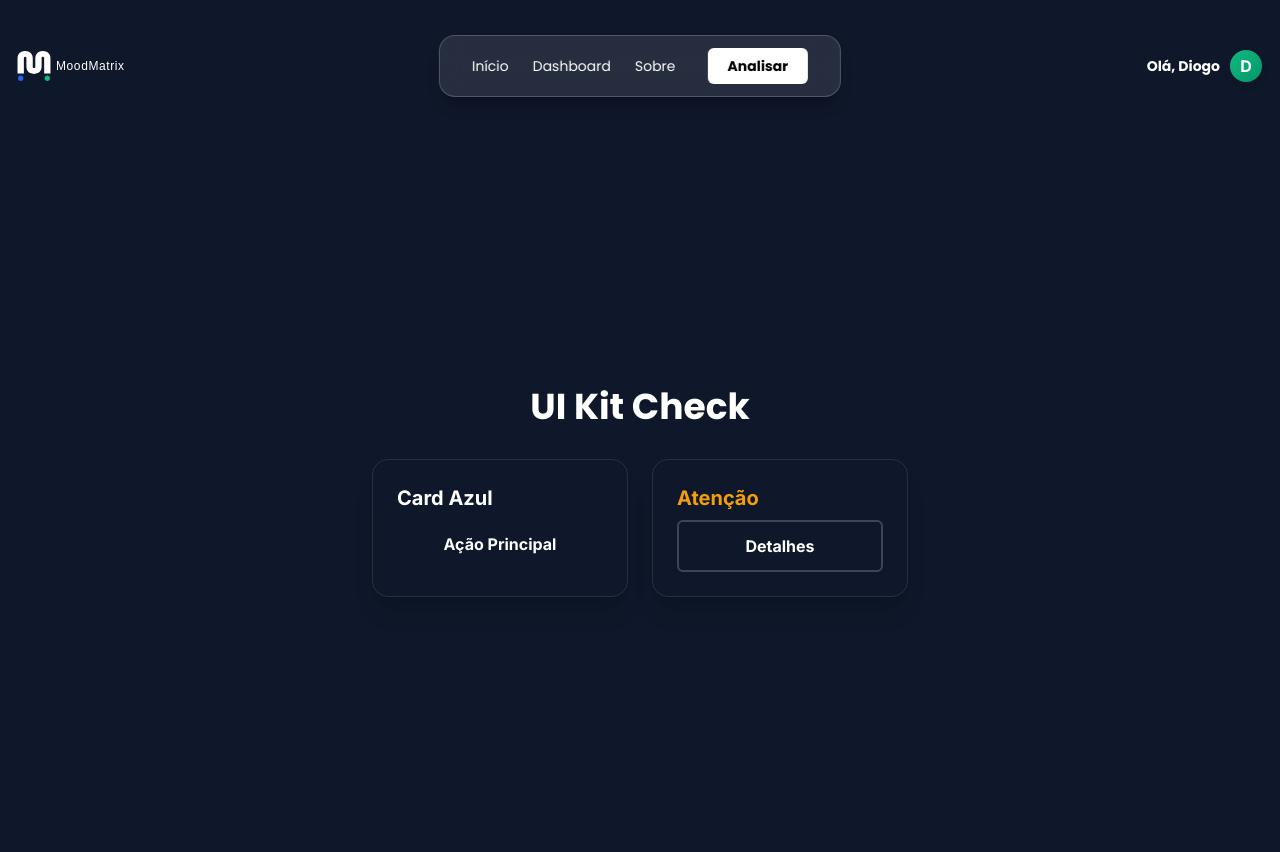
Repository: Hackaton-ONE/hackathon-Frontend
Page: /
The author's editor kept a copy of each file at every save. The page is drawn from the files as they stood at one save, then again after the next save.
The browser window is 1280 px wide. The pictures show the whole page.
Some web fonts or font styles are not loaded; a fallback is used. The project was rebuilt for these pictures with package versions that can differ from the ones it lists, and the page was loaded fresh each time. The framework's server and built-in components were replaced by stand-ins that run in the browser. Also part of the build but not shown: next.config.ts.

Above is the page before, as saved 2026-01-02 08:59:04.

### app/layout.tsx
import type { Metadata } from "next";
import { Inter, Poppins, MuseoModerno } from "next/font/google"; // 1. Importar Poppins
import "./globals.css";
import { Navbar } from "@/components/Navbar";

// 2. Configurar Inter
const inter = Inter({
  subsets: ["latin"],
  variable: "--font-inter",
});

// 3. Configurar Poppins (Pesos comuns: 400, 600, 700)
const poppins = Poppins({
  weight: ['400', '600', '700'],
  subsets: ["latin"],
  variable: "--font-poppins",
});

const museo = MuseoModerno({
  subsets: ["latin"],
  variable: "--font-museo",
  display: "swap",
});

export const metadata: Metadata = {
  title: "MoodMatrix",
  description: "Análise de sentimentos com IA",
};

export default function RootLayout({
  children,
}: Readonly<{

  children: React.ReactNode;
}>) {
  return (
    <html lang="pt-br">
      {/* 4. Adicionar ambas as variáveis no body */}
      <body className={`${inter.variable} ${poppins.variable} ${museo.variable} bg-mood-dark text-white font-sans antialiased`}>
        <Navbar />
        {children}
      </body>
    </html>
  );
}

### app/page.tsx
import { Button } from "@/components/Button";
import { GlassCard } from "@/components/GlassCard";

export default function Home() {
  return (
    <main className="flex min-h-screen flex-col items-center justify-center p-10 gap-8 bg-mood-dark">

      <h1 className="text-4xl font-poppins font-bold text-white bg-clip-text bg-gradient-to-r from-blue-DEFAULT to-neon-green">
        UI Kit Check
      </h1>

      <div className="grid grid-cols-1 md:grid-cols-2 gap-6">
        {/* Teste Card Azul */}
        <GlassCard gradient="blue" className="p-6 w-64 border-blue-DEFAULT/30">
          <h2 className="text-xl font-bold mb-2">Card Azul</h2>
          <Button variant="primary" className="w-full">Ação Principal</Button>
        </GlassCard>

        {/* Teste Card Laranja (Aviso) */}
        <GlassCard gradient="orange" className="p-6 w-64 border-neon-orange/30">
          <h2 className="text-xl font-bold mb-2 text-neon-orange">Atenção</h2>
          <Button variant="outline" className="w-full">Detalhes</Button>
        </GlassCard>
      </div>

    </main>
  );
}

### app/globals.css
@tailwind base;
@tailwind components;
@tailwind utilities;

/* Define o fundo padrão do site inteiro e a cor do texto */
body {
  background-color: #0F172A; /* mood.dark */
  color: #ffffff;
  min-height: 100vh;
}

/* Utilitário para o efeito de Vidro (Glassmorphism) */
.glass {
  background: rgba(30, 41, 59, 0.4); /* mood.gray com transparência */
  backdrop-filter: blur(12px);
  -webkit-backdrop-filter: blur(12px);
  border: 1px solid rgba(255, 255, 255, 0.1);
}

### components/Navbar.tsx
"use client";

import Link from "next/link";
import { useState } from "react";
import { Menu, X } from "lucide-react";
import Image from "next/image";

// Componente NavLink (Link com sublinhado azul)
const NavLink = ({ href, children }: { href: string; children: React.ReactNode }) => (
  <Link
    href={href}
    className="relative group text-white transition-colors font-medium text-sm"
  >
    {children}
    <span className="absolute -bottom-1 left-0 w-0 h-[2px] bg-blue-default transition-all duration-300 ease-out group-hover:w-full" />
  </Link>
);

export function Navbar() {
  const [isOpen, setIsOpen] = useState(false);

  return (
    // Container Principal (Largura Total)
    <div className="relative top-0 left-0 w-full z-50 px-4 py-12">
      <div className="max-w-[1600px] mx-auto relative flex items-center justify-between">

        {/* =======================
            1. LOGO (Lado Esquerdo)
           ======================= */}
        <Link href="/" className="flex items-center gap-1 z-50 group">
          <div className="relative w-8 h-8 lg:w-9 lg:h-9 flex items-center justify-center">
            <Image
            src="/logo.svg"
            alt="Logo MoodMatrix"
            fill
            className="object-contain"
            />
          </div>

          {/* Texto com a fonte MuseoModerno */}
          <span className="text-white font-medium text-xs font-museo tracking-wider">
          Mood<span>Matrix</span>
          </span>
        </Link>

        {/* =======================
            2. PÍLULA CENTRAL (Links + Botão Analisar)
            (Escondido no Mobile, Absoluto no Centro no Desktop)
           ======================= */}
        <nav className="hidden md:flex absolute left-1/2 -translate-x-1/2 items-center gap-8 pl-8 pr-8 py-3 rounded-2xl bg-white/10 backdrop-blur-md border border-white/20 shadow-lg shadow-black/20">

          {/* Links */}
          <div className="flex items-center gap-6 font-poppins font-bold">
            <NavLink href="/">Início</NavLink>
            <NavLink href="/dashboard">Dashboard</NavLink>
            <NavLink href="#sobre">Sobre</NavLink>
          </div>

          {/* Botão Analisar (Dentro da Pílula) */}
          <Link href="/analisar">
            <button className="bg-white hover:bg-neon-orange text-black font-poppins font-bold text-sm px-5 py-2 rounded-md transition-all duration-200">
              Analisar
            </button>
          </Link>
        </nav>

        {/* =======================
            3. AVATAR / MENU TOGGLE (Lado Direito)
           ======================= */}
        <div className="flex items-center gap-4 z-50">

          {/* Avatar (Visível apenas Desktop) */}
          <div className="hidden md:flex items-center gap-2 pl-4">
            <div className="text-right hidden lg:block">
              <p className="font-poppins text-sm font-bold text-white">Olá, Diogo</p>
            </div>
            <div className="w-9 h-9 rounded-full bg-gradient-to-br from-neon-green to-emerald-600 flex items-center justify-center text-white font-bold border-2 border-mood-dark shadow-md">
              D
            </div>
          </div>

          {/* Botão Menu Hambúrguer (Apenas Mobile) */}
          <button
            onClick={() => setIsOpen(!isOpen)}
            className="md:hidden text-white hover:text-neon-blue transition p-1"
          >
            {isOpen ? <X size={28} /> : <Menu size={28} />}
          </button>
        </div>

      </div>

      {/* =======================
          4. MENU MOBILE DROPDOWN
          (Estilo Escuro da Referência)
         ======================= */}
      {isOpen && (
        <div className="absolute top-20 left-4 right-4 z-40 bg-mood-dark/95 backdrop-blur-xl border border-white/10 rounded-2xl p-4 shadow-2xl animate-in fade-in slide-in-from-top-5">

          <div className="flex flex-col space-y-1">
            <Link href="/" onClick={() => setIsOpen(false)} className="block px-4 py-3 text-white/90 hover:text-white hover:bg-white/10 rounded-lg transition-colors text-sm font-medium">
              Início
            </Link>
            <Link href="/dashboard" onClick={() => setIsOpen(false)} className="block px-4 py-3 text-white/90 hover:text-white hover:bg-white/10 rounded-lg transition-colors text-sm font-medium">
              Dashboard
            </Link>
            <Link href="#sobre" onClick={() => setIsOpen(false)} className="block px-4 py-3 text-white/90 hover:text-white hover:bg-white/10 rounded-lg transition-colors text-sm font-medium">
              Sobre
            </Link>
          </div>

          {/* Divisória */}
          <div className="my-3 border-t border-white/10" />

          {/* Botão Analisar Mobile */}
          <Link href="/analisar" onClick={() => setIsOpen(false)}>
            <button className="w-full bg-white/10 hover:bg-white/20 text-white border border-white/20 font-medium text-sm py-3 rounded-lg transition-all duration-200">
              Analisar
            </button>
          </Link>

          {/* Perfil Mobile */}
          <div className="mt-4 pt-4 border-t border-white/10 flex items-center gap-3">
            <div className="w-8 h-8 rounded-full bg-gradient-to-br from-neon-green to-emerald-600 flex items-center justify-center text-white font-bold text-xs">
              D
            </div>
            <div>
              <p className="text-sm font-bold text-white">Diego</p>
              <p className="text-xs text-gray-400">diego@exemplo.com</p>
            </div>
          </div>

        </div>
      )}
    </div>
  );
}

### components/Button.tsx
import React from "react";

interface ButtonProps extends React.ButtonHTMLAttributes<HTMLButtonElement> {
  variant?: "primary" | "outline" | "ghost";
  children: React.ReactNode;
}

export function Button({ variant = "primary", className = "", children, ...props }: ButtonProps) {

  const baseStyles = "px-6 py-3 rounded-md font-bold transition-all duration-200 flex items-center justify-center gap-2 active:scale-[0.98]";

  const variants = {
    primary: "text-white active:translate-y-1",

    // Outline (Borda simples)
    outline: "bg-transparent border-2 border-white/20 text-white hover:bg-white/5 hover:border-white/40",

    // Ghost (Transparente)
    ghost:   "bg-transparent text-gray-400 hover:text-white hover:bg-white/5",
  };

  return (
    <button
      className={`${baseStyles} ${variants[variant]} ${className}`}
      {...props}
    >
      {children}
    </button>
  );
}

### components/GlassCard.tsx
import React from "react";

interface GlassCardProps {
  children: React.ReactNode;
  className?: string;
  gradient?: "blue" | "green" | "red" | "orange" | "none";
}

export function GlassCard({ children, className = "", gradient = "none" }: GlassCardProps) {

  const gradientBg = {
    none: "bg-white/5", // Base neutra mais sutil
    blue: "bg-card-blue",
    green: "bg-card-green",
    red: "bg-card-red",
    orange: "bg-card-orange",
  };

  return (
    <div className={`relative overflow-hidden rounded-2xl border border-white/10 shadow-xl ${className}`}>
      {/* CAMADA DO VIDRO (Fundo + Blur)
        Fica posicionada absolutamente atrás do conteúdo.
      */}
      <div
        className={`
          absolute inset-0
          backdrop-blur-xl
          ${gradientBg[gradient]}
          -z-10 /* Garante que fique atrás do conteúdo */
        `}
        aria-hidden="true"
      />

      {/* CONTEÚDO (Texto, Botões)
        Fica na frente, sem nenhum blur aplicado diretamente nele.
      */}
      <div className="relative z-10 h-full">
        {children}
      </div>
    </div>
  );
}

### tailwind.config.ts
/** @type {import('tailwindcss').Config} */
const config = {
  // Configuração de onde o Tailwind procura as classes
  content: [
    "./app/**/*.{js,ts,jsx,tsx,mdx}",
    "./pages/**/*.{js,ts,jsx,tsx,mdx}",
    "./components/**/*.{js,ts,jsx,tsx,mdx}",
    "./src/app/**/*.{js,ts,jsx,tsx,mdx}",
    "./src/pages/**/*.{js,ts,jsx,tsx,mdx}",
    "./src/components/**/*.{js,ts,jsx,tsx,mdx}",
  ],
  theme: {
    extend: {
      colors: {
        white: "#FFFFFF",
        mood: {
          dark: "#0F172A", // Fundo Azul Escuro
          nav: "#FFFFFF",  // Base para Navbar
        },
        blue: {
          light: "#60A5FA",   // Azul Claro
          default: "#2563EB", // Azul Padrão
          dark: "#1E3A8A",    // Azul Escuro
        },
        neon: {
          green: "#10B981",
          red: "#B91C1C",
          orange: "#F59E0B",
        },
      },
      fontFamily: {
        sans: ['var(--font-inter)', 'sans-serif'],
        poppins: ['var(--font-poppins)', 'sans-serif'],
        museo: ['var(--font-museo)', 'sans-serif'],
      },
      backgroundImage: {
        // Gradientes de Seta e Barra de Progresso
        'gradient-pos': 'linear-gradient(to right, #2563EB, #10B981)',
        'gradient-neg': 'linear-gradient(to right, #B91C1C, #F59E0B)',

        // Gradientes Sutis para os Cards (Glassmorphism)
        'card-blue': 'linear-gradient(180deg, rgba(255, 255, 255, 0) 0%, rgba(96, 165, 250, 0.05) 100%)',
        'card-green': 'linear-gradient(180deg, rgba(255, 255, 255, 0) 0%, rgba(16, 185, 129, 0.05) 100%)',
        'card-red': 'linear-gradient(180deg, rgba(255, 255, 255, 0) 0%, rgba(185, 28, 28, 0.05) 100%)',
        'card-orange': 'linear-gradient(180deg, rgba(255, 255, 255, 0) 0%, rgba(245, 158, 11, 0.05) 100%)', // NOVO
      }
    },
  },
  plugins: [],
};

export default config;

After the next save:
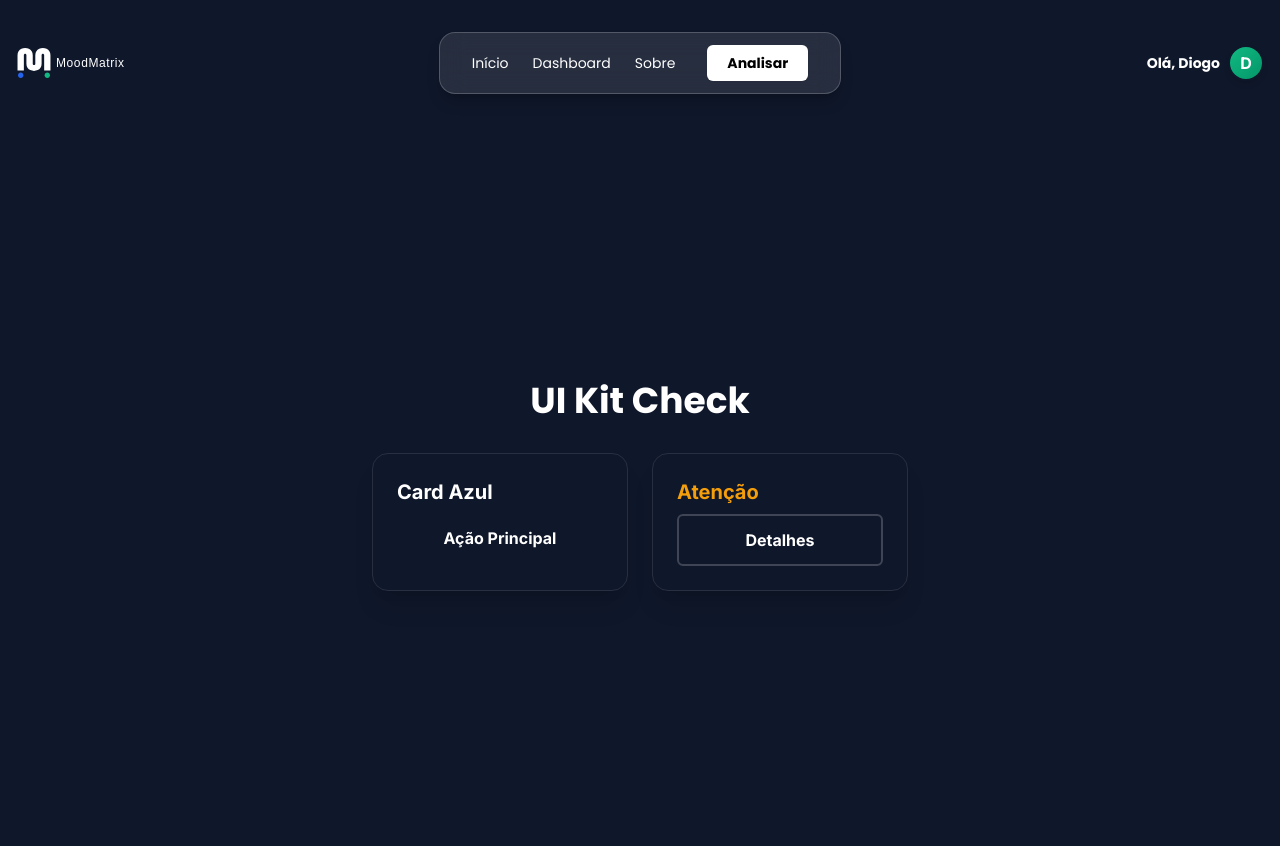
Saved 3 min 20 s later.
--- a/components/Navbar.tsx
+++ b/components/Navbar.tsx
@@ -12,7 +12,7 @@ const NavLink = ({ href, children }: { href: string; children: React.ReactNode }
     className="relative group text-white transition-colors font-medium text-sm"
   >
     {children}
-    <span className="absolute -bottom-1 left-0 w-0 h-[2px] bg-blue-default transition-all duration-300 ease-out group-hover:w-full" />
+    <span className="absolute -bottom-1 left-0 w-0 h-[2px] bg-blue-DEFAULT transition-all duration-300 ease-out group-hover:w-full" />
   </Link>
 );
 
@@ -20,56 +20,63 @@ export function Navbar() {
   const [isOpen, setIsOpen] = useState(false);
 
   return (
-    // Container Principal (Largura Total)
-    <div className="relative top-0 left-0 w-full z-50 px-4 py-12">
-      <div className="max-w-[1600px] mx-auto relative flex items-center justify-between">
+    // Container Principal
+    <div className="relative top-0 left-0 w-full z-50 px-4 py-8">
+      {/* MUDANÇA AQUI:
+         1. 'flex justify-between' para Mobile (Logo esq, Menu dir).
+         2. 'md:grid md:grid-cols-3' para Desktop (Divide em 3 partes iguais).
+      */}
+      <div className="max-w-[1600px] mx-auto flex justify-between items-center md:grid md:grid-cols-3">
 
         {/* =======================
-            1. LOGO (Lado Esquerdo)
+            1. LOGO (Coluna 1 - Alinhado à Esquerda)
            ======================= */}
-        <Link href="/" className="flex items-center gap-1 z-50 group">
-          <div className="relative w-8 h-8 lg:w-9 lg:h-9 flex items-center justify-center">
-            <Image
-            src="/logo.svg"
-            alt="Logo MoodMatrix"
-            fill
-            className="object-contain"
-            />
-          </div>
+        <div className="flex justify-start">
+          <Link href="/" className="flex items-center gap-1 z-50 group">
+            <div className="relative w-8 h-8 lg:w-9 lg:h-9 flex items-center justify-center">
+              <Image
+                src="/logo.svg"
+                alt="Logo MoodMatrix"
+                fill
+                className="object-contain"
+              />
+            </div>
 
-          {/* Texto com a fonte MuseoModerno */}
-          <span className="text-white font-medium text-xs font-museo tracking-wider">
-          Mood<span>Matrix</span>
-          </span>
-        </Link>
+            <span className="text-white font-medium text-xs font-museo tracking-wider transition-opacity group-hover:opacity-80">
+              Mood<span>Matrix</span>
+            </span>
+          </Link>
+        </div>
 
         {/* =======================
-            2. PÍLULA CENTRAL (Links + Botão Analisar)
-            (Escondido no Mobile, Absoluto no Centro no Desktop)
+            2. PÍLULA CENTRAL (Coluna 2 - Centralizado)
+            - Removi o 'absolute', 'left-1/2', etc.
+            - Agora ele ocupa o centro naturalmente.
            ======================= */}
-        <nav className="hidden md:flex absolute left-1/2 -translate-x-1/2 items-center gap-8 pl-8 pr-8 py-3 rounded-2xl bg-white/10 backdrop-blur-md border border-white/20 shadow-lg shadow-black/20">
+        <div className="hidden md:flex justify-center">
+          <nav className="flex items-center gap-8 pl-8 pr-8 py-3 rounded-2xl bg-white/10 backdrop-blur-md border border-white/20 shadow-lg shadow-black/20">
+            {/* Links */}
+            <div className="flex items-center gap-6 font-poppins font-bold">
+              <NavLink href="/">Início</NavLink>
+              <NavLink href="/dashboard">Dashboard</NavLink>
+              <NavLink href="#sobre">Sobre</NavLink>
+            </div>
 
-          {/* Links */}
-          <div className="flex items-center gap-6 font-poppins font-bold">
-            <NavLink href="/">Início</NavLink>
-            <NavLink href="/dashboard">Dashboard</NavLink>
-            <NavLink href="#sobre">Sobre</NavLink>
-          </div>
-
-          {/* Botão Analisar (Dentro da Pílula) */}
-          <Link href="/analisar">
-            <button className="bg-white hover:bg-neon-orange text-black font-poppins font-bold text-sm px-5 py-2 rounded-md transition-all duration-200">
-              Analisar
-            </button>
-          </Link>
-        </nav>
+            {/* Botão Analisar */}
+            <Link href="/analisar">
+              <button className="bg-white hover:bg-neon-orange text-black font-poppins font-bold text-sm px-5 py-2 rounded-md transition-all duration-200 shadow-sm hover:shadow-md">
+                Analisar
+              </button>
+            </Link>
+          </nav>
+        </div>
 
         {/* =======================
-            3. AVATAR / MENU TOGGLE (Lado Direito)
+            3. AVATAR / MENU (Coluna 3 - Alinhado à Direita)
            ======================= */}
-        <div className="flex items-center gap-4 z-50">
+        <div className="flex justify-end items-center gap-4 z-50">
 
-          {/* Avatar (Visível apenas Desktop) */}
+          {/* Avatar (Desktop) */}
           <div className="hidden md:flex items-center gap-2 pl-4">
             <div className="text-right hidden lg:block">
               <p className="font-poppins text-sm font-bold text-white">Olá, Diogo</p>
@@ -79,7 +86,7 @@ export function Navbar() {
             </div>
           </div>
 
-          {/* Botão Menu Hambúrguer (Apenas Mobile) */}
+          {/* Botão Hambúrguer (Mobile) */}
           <button
             onClick={() => setIsOpen(!isOpen)}
             className="md:hidden text-white hover:text-neon-blue transition p-1"
@@ -92,10 +99,9 @@ export function Navbar() {
 
       {/* =======================
           4. MENU MOBILE DROPDOWN
-          (Estilo Escuro da Referência)
          ======================= */}
       {isOpen && (
-        <div className="absolute top-20 left-4 right-4 z-40 bg-mood-dark/95 backdrop-blur-xl border border-white/10 rounded-2xl p-4 shadow-2xl animate-in fade-in slide-in-from-top-5">
+        <div className="absolute top-24 left-4 right-4 z-40 bg-mood-dark/95 backdrop-blur-xl border border-white/10 rounded-2xl p-4 shadow-2xl animate-in fade-in slide-in-from-top-5">
 
           <div className="flex flex-col space-y-1">
             <Link href="/" onClick={() => setIsOpen(false)} className="block px-4 py-3 text-white/90 hover:text-white hover:bg-white/10 rounded-lg transition-colors text-sm font-medium">
@@ -109,24 +115,21 @@ export function Navbar() {
             </Link>
           </div>
 
-          {/* Divisória */}
           <div className="my-3 border-t border-white/10" />
 
-          {/* Botão Analisar Mobile */}
           <Link href="/analisar" onClick={() => setIsOpen(false)}>
             <button className="w-full bg-white/10 hover:bg-white/20 text-white border border-white/20 font-medium text-sm py-3 rounded-lg transition-all duration-200">
               Analisar
             </button>
           </Link>
 
-          {/* Perfil Mobile */}
           <div className="mt-4 pt-4 border-t border-white/10 flex items-center gap-3">
             <div className="w-8 h-8 rounded-full bg-gradient-to-br from-neon-green to-emerald-600 flex items-center justify-center text-white font-bold text-xs">
               D
             </div>
             <div>
-              <p className="text-sm font-bold text-white">Diego</p>
-              <p className="text-xs text-gray-400">diego@exemplo.com</p>
+              <p className="text-sm font-bold text-white">Diogo</p>
+              <p className="text-xs text-gray-400">diogo@exemplo.com</p>
             </div>
           </div>
 
